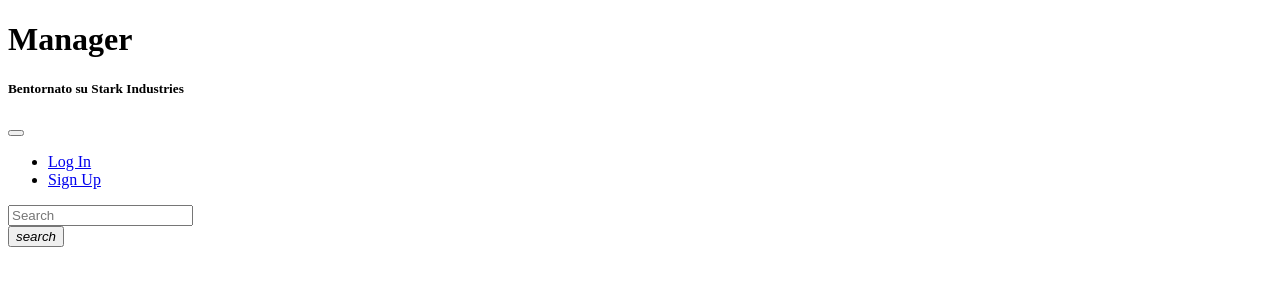
Repository: giovannispaziani/progetto_agile
Page: http://localhost/manager
These files come from the project's save history. The page is drawn as it stood at one moment and after the next save; the edit follows.
The browser window is 1280 px wide. The pictures show the whole page.
The page is served by the project's Laravel application, run on PHP 8.4 with Laravel 8. Other server files are loaded and not shown.

Above is the page before, as saved 2022-05-21 18:44:27.

### routes/web.php
<?php

use Illuminate\Support\Facades\Route;

/*
|--------------------------------------------------------------------------
| Web Routes
|--------------------------------------------------------------------------
|
| Here is where you can register web routes for your application. These
| routes are loaded by the RouteServiceProvider within a group which
| contains the "web" middleware group. Now create something great!
|
*/

Route::get('/', function () {
    return view('home');
});

Auth::routes();

Route::get('/home', [App\Http\Controllers\HomeController::class, 'index'])->name('home');

Auth::routes();

Route::get('/home', [App\Http\Controllers\HomeController::class, 'index'])->name('home');

Route::get('/manager', [App\Http\Controllers\ManagerController::class, 'index'])->name('manager');

### app/Http/Controllers/ManagerController.php
<?php

namespace App\Http\Controllers;

use Illuminate\Http\Request;

class ManagerController extends Controller
{
    public function index()
    {
        return view('manager.index');
    }
}

### resources/views/manager/index.blade.php
<!DOCTYPE html>
<html>
<head>
	<meta charset="utf-8">
	<title>Manager Dashboard</title>
</head>
<body>
    <h1>Manager</h1>
<nav class="navbar navbar-expand-lg bg-primary">
    <div class="container">
        <h5>Bentornato su Stark Industries</h5>
      <!-- <a class="navbar-brand" href="#">Bentornato</a><-->
      <button class="navbar-toggler" type="button" data-toggle="collapse" data-target="#navbarTogglerDemo02" aria-controls="navbarTogglerDemo02" aria-expanded="false" aria-label="Toggle navigation">
      <span class="navbar-toggler-bar navbar-kebab"></span>
      <span class="navbar-toggler-bar navbar-kebab"></span>
      <span class="navbar-toggler-bar navbar-kebab"></span>
      </button>

      <div class="collapse navbar-collapse" id="navbarTogglerDemo02">
        <ul class="navbar-nav mr-auto mt-2 mt-lg-0">
          <li class="nav-item active">
            <a class="nav-link" href="login">Log In</a>
          </li>
          <li class="nav-item">
            <a class="nav-link disabled" href="register">Sign Up</a>
          </li>
        </ul>
        <form class="form-inline ml-auto">
            <div class="form-group no-border">
              <input type="text" class="form-control" placeholder="Search">
            </div>
            <button type="submit" class="btn btn-neutral btn-icon btn-round">
                <i class="material-icons">search</i>
            </button>
        </form>
      </div>
    </div>
  </nav>

</body>

</html>

Loaded but not shown: app/Http/Controllers/Auth/ConfirmPasswordController.php (common file); app/Http/Controllers/Controller.php (common file)

After the next save:
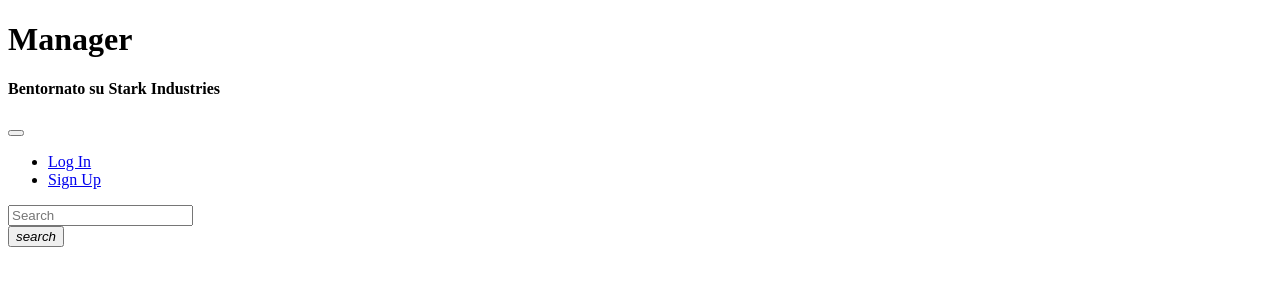
Saved 16 s later.
--- a/resources/views/manager/index.blade.php
+++ b/resources/views/manager/index.blade.php
@@ -8,7 +8,7 @@
     <h1>Manager</h1>
 <nav class="navbar navbar-expand-lg bg-primary">
     <div class="container">
-        <h5>Bentornato su Stark Industries</h5>
+        <h4>Bentornato su Stark Industries</h4>
       <!-- <a class="navbar-brand" href="#">Bentornato</a><-->
       <button class="navbar-toggler" type="button" data-toggle="collapse" data-target="#navbarTogglerDemo02" aria-controls="navbarTogglerDemo02" aria-expanded="false" aria-label="Toggle navigation">
       <span class="navbar-toggler-bar navbar-kebab"></span>
